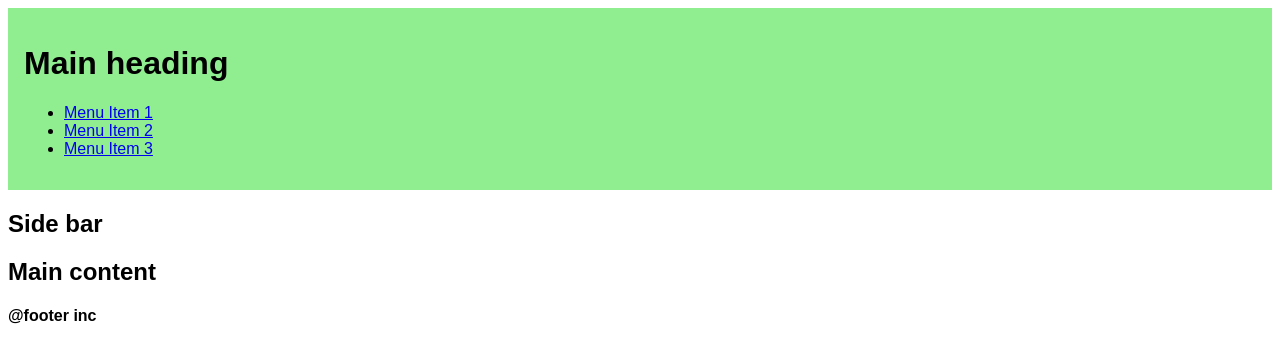
Repository: lasity34/first_layout
Page: index.html
An editor plug-in stored every save of this project. The page is shown before and after the next save, followed by the edit.
The browser window is 1280 px wide. The pictures show the whole page.

Above is the page before, as saved 2023-03-06 10:11:45.

After the next save:
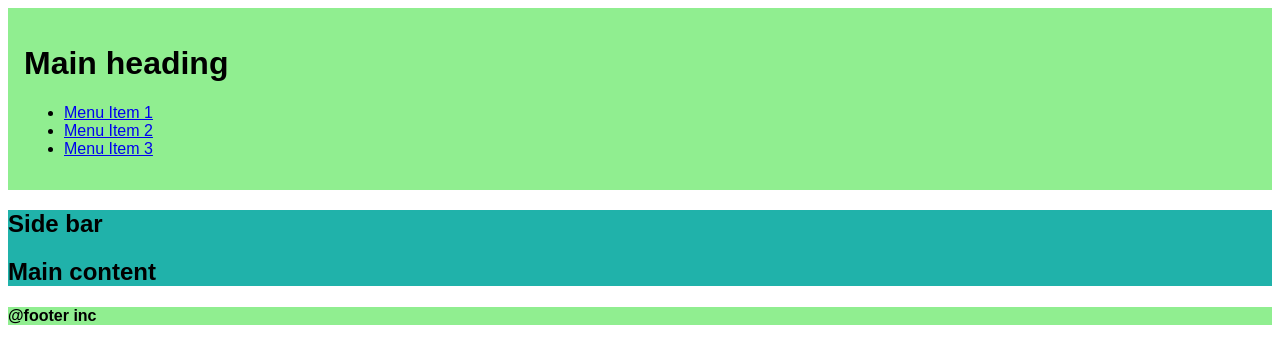
Saved 64 s later.
--- a/index.html
+++ b/index.html
@@ -9,9 +9,18 @@
         body {
             font-family: Arial, Helvetica, sans-serif;
         }
+
         .header {
             background-color: lightgreen;
             padding: 1em;
+        }
+
+        .main {
+            background-color: lightseagreen;
+        }
+
+        .footer {
+            background-color: lightgreen;
         }
     </style>
 </head>
